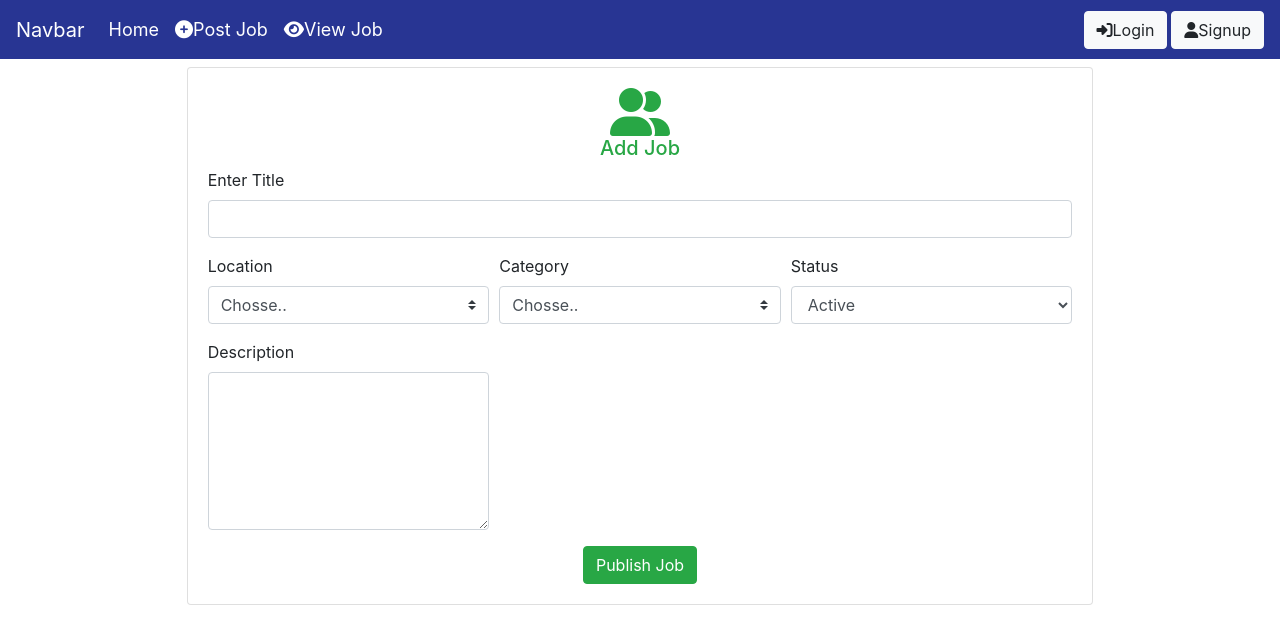
Repository: Pankaj08072001/Adv_Java
Page: http://localhost/06_Job_portal_Project/add_job.jsp
An editor plug-in stored every save of this project. The page is shown before and after the next save, followed by the edit.
The browser window is 1280 px wide. The pictures show the whole page.
Some web libraries are served in a nearby version. The page is served by Tomcat 9.

Above is the page before, as saved 2025-03-13 21:39:26.

After the next save:
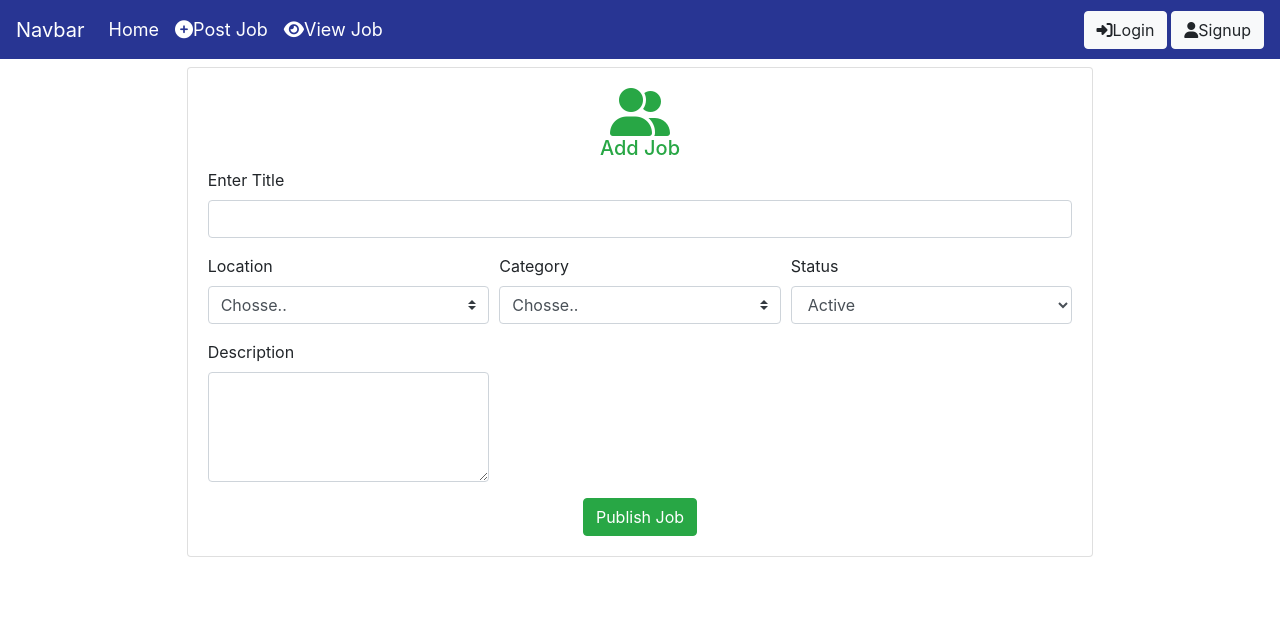
Saved 20 s later.
--- a/06_Job_portal_Project/src/main/webapp/add_job.jsp
+++ b/06_Job_portal_Project/src/main/webapp/add_job.jsp
@@ -64,7 +64,7 @@
 							</div>
 							<div class="form-group col-md-4">
 								<label>Description </label>
-								<textarea required rows="6" cols="" name="desc"
+								<textarea required rows="4" cols="" name="desc"
 									class="form-control"></textarea>
 							</div>
 
